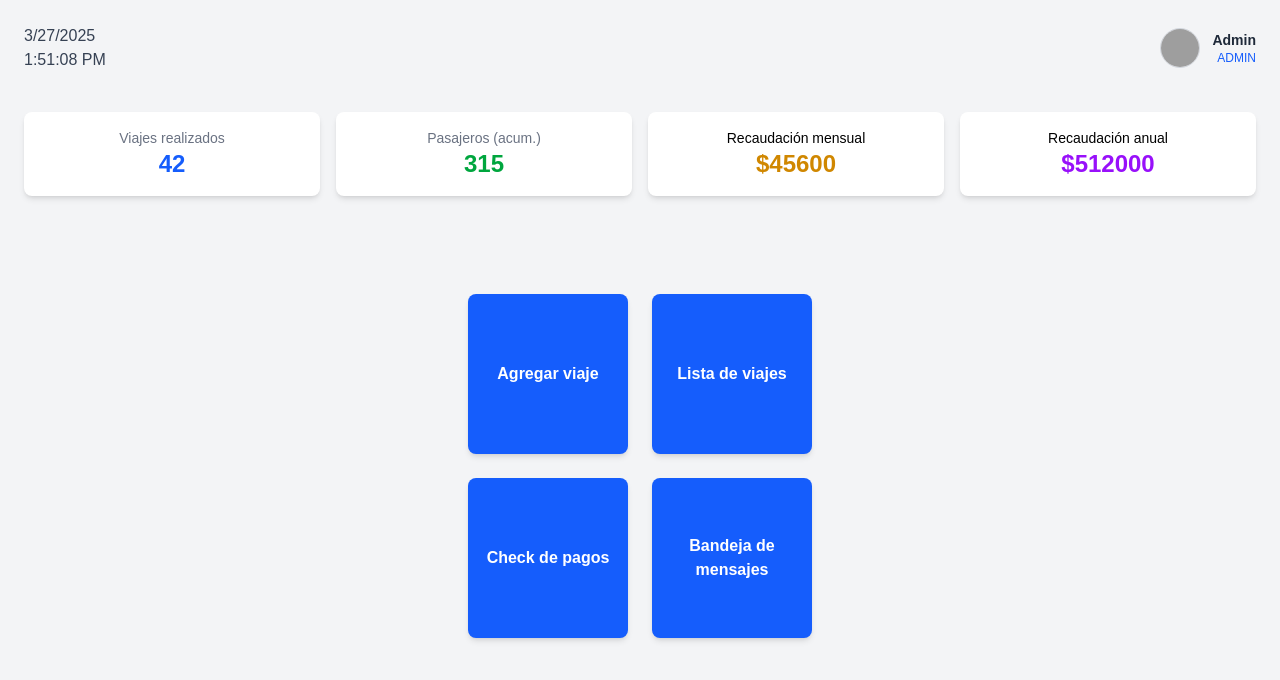
Repository: francoluca35/appcolectivos
Page: /homeadmin
An editor plug-in stored every save of this project. The page is shown before and after the next save, followed by the edit.
The browser window is 1280 px wide. The pictures show the whole page.
Pictures or frames that could not be fetched are drawn as grey boxes. The project was rebuilt for these pictures with package versions that can differ from the ones it lists, and the page was loaded fresh each time. The framework's server and built-in components were replaced by stand-ins that run in the browser. Also part of the build but not shown: next.config.mjs.

Above is the page before, as saved 2025-03-27 20:48:38.

### src/app/homeadmin/page.js
"use client";

import React, { useEffect, useState } from "react";
import { useRouter } from "next/navigation";
import EstadisticasPanel from "../components/EstadisticasPanel";

export default function HomeAdmin() {
  const [fechaHora, setFechaHora] = useState(new Date());
  const router = useRouter();

  const usuario = JSON.parse(localStorage.getItem("adminUser")) || {
    username: "Admin",
    role: "admin",
  };
  const stats = {
    cantidadViajes: 42,
    cantidadPasajeros: 315,
    recaudacionMensual: 45600,
    recaudacionAnual: 512000,
  };

  useEffect(() => {
    const interval = setInterval(() => setFechaHora(new Date()), 1000);
    return () => clearInterval(interval);
  }, []);

  const botones = [
    { texto: "Agregar viaje", ruta: "/agregarviaje" },
    { texto: "Lista de viajes", ruta: "/listaviajes" },
    { texto: "Check de pagos", ruta: "/checkpagos" },
    { texto: "Bandeja de mensajes", ruta: "/mensajes" },
  ];

  return (
    <div className="min-h-screen bg-gray-100 p-6 flex flex-col">
      {/* Header */}
      <div className="flex justify-between items-center mb-10">
        {/* Fecha y hora */}
        <div className="text-gray-700 font-medium">
          <p>{fechaHora.toLocaleDateString()}</p>
          <p>{fechaHora.toLocaleTimeString()}</p>
        </div>

        {/* Usuario */}
        <div className="flex items-center gap-3">
          <img
            src="/avatar.png"
            alt="User Avatar"
            className="w-10 h-10 rounded-full border border-gray-300"
          />
          <div className="text-right">
            <p className="text-sm font-bold text-gray-800">{usuario.username}</p>
            <p className="text-xs text-blue-600 uppercase">{usuario.role}</p>
          </div>
        </div>
      </div>
      <EstadisticasPanel stats={stats} />

      {/* Cuadrícula de botones */}
      <div className="flex-grow flex justify-center items-center">
        <div className="grid grid-cols-2 gap-6">
          {botones.map((btn, i) => (
            <button
              key={i}
              onClick={() => router.push(btn.ruta)}
              className="w-40 h-40 bg-blue-600 text-white font-semibold text-center rounded-lg shadow-md hover:bg-blue-700 transition"
            >
              {btn.texto}
            </button>
          ))}
        </div>
      </div>
    </div>
  );
}

### src/app/components/EstadisticasPanel.js
import React from "react";

export default function EstadisticasPanel({ stats }) {
  return (
    <div className="grid grid-cols-2 md:grid-cols-4 gap-4 mb-10">
      <div className="bg-white shadow-md rounded-lg p-4 text-center">
        <p className="text-sm text-gray-500">Viajes realizados</p>
        <p className="text-2xl font-bold text-blue-600">{stats.cantidadViajes}</p>
      </div>
      <div className="bg-white shadow-md rounded-lg p-4 text-center">
        <p className="text-sm text-gray-500">Pasajeros (acum.)</p>
        <p className="text-2xl font-bold text-green-600">{stats.cantidadPasajeros}</p>
      </div>
      <div className="bg-white shadow-md rounded-lg p-4 text-center">
        <p className="text-sm text-black">Recaudación mensual</p>
        <p className="text-2xl font-bold text-yellow-600">${stats.recaudacionMensual}</p>
      </div>
      <div className="bg-white shadow-md rounded-lg p-4 text-center">
        <p className="text-sm text-black">Recaudación anual</p>
        <p className="text-2xl font-bold text-purple-600">${stats.recaudacionAnual}</p>
      </div>
    </div>
  );
}

Loaded but not shown: src/app/layout.js (common file); src/app/globals.css (common file)

After the next save:
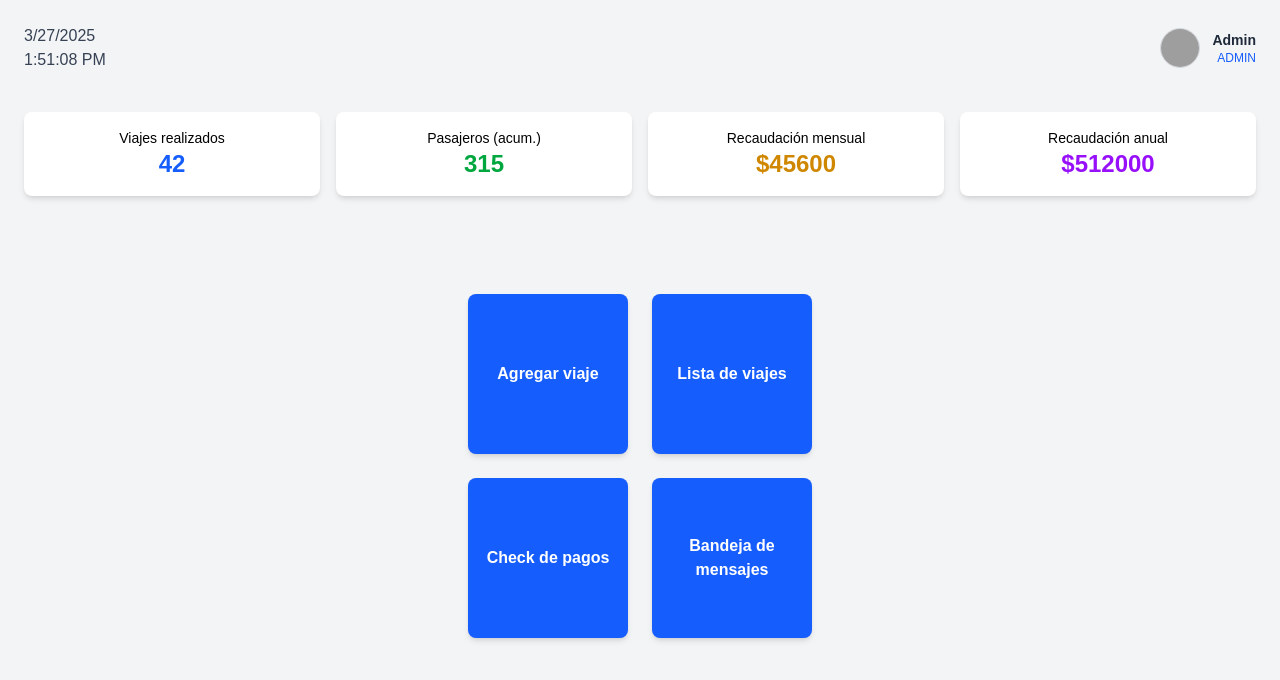
Saved 13 s later.
--- a/src/app/components/EstadisticasPanel.js
+++ b/src/app/components/EstadisticasPanel.js
@@ -4,11 +4,11 @@ export default function EstadisticasPanel({ stats }) {
   return (
     <div className="grid grid-cols-2 md:grid-cols-4 gap-4 mb-10">
       <div className="bg-white shadow-md rounded-lg p-4 text-center">
-        <p className="text-sm text-gray-500">Viajes realizados</p>
+        <p className="text-sm text-black">Viajes realizados</p>
         <p className="text-2xl font-bold text-blue-600">{stats.cantidadViajes}</p>
       </div>
       <div className="bg-white shadow-md rounded-lg p-4 text-center">
-        <p className="text-sm text-gray-500">Pasajeros (acum.)</p>
+        <p className="text-sm text-black">Pasajeros (acum.)</p>
         <p className="text-2xl font-bold text-green-600">{stats.cantidadPasajeros}</p>
       </div>
       <div className="bg-white shadow-md rounded-lg p-4 text-center">
